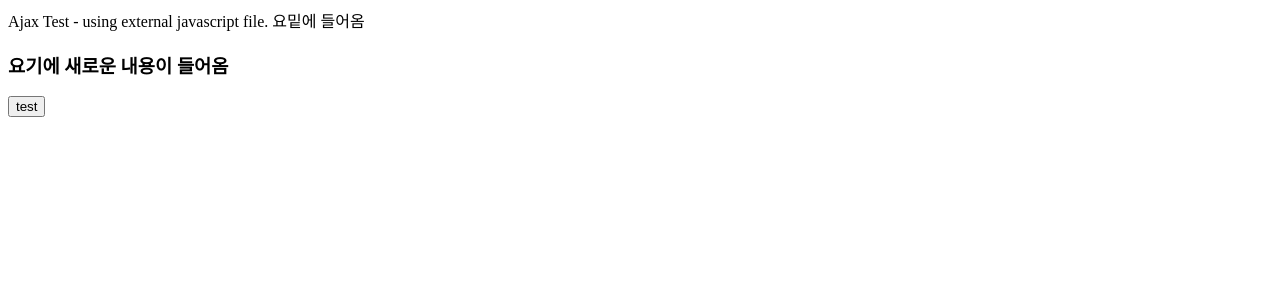
Repository: silenttemplar/java_start_project
Page: http://localhost/Ajax_exam2/test.jsp
These files come from the project's save history. The page is drawn as it stood at one moment and after the next save; the edit follows.
The browser window is 1280 px wide. The pictures show the whole page.
The page is served by Tomcat 9.

Above is the page before, as saved 2014-08-22 08:10:56.

After the next save:
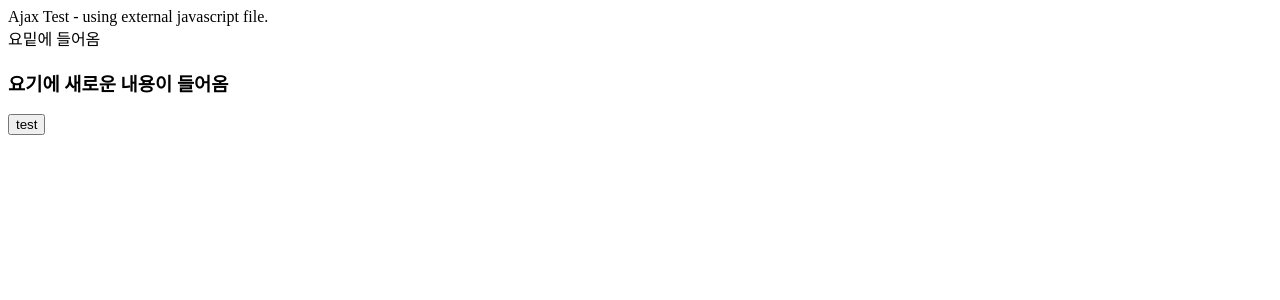
Saved 32 s later.
--- a/hansung_ee_2014/Ajax_exam2/WebContent/test.jsp
+++ b/hansung_ee_2014/Ajax_exam2/WebContent/test.jsp
@@ -8,8 +8,8 @@
 <script src="scripts/test.js" type="text/javascript"></script>
 </head>
 <body>
-Ajax Test - using external javascript file.
- 요밑에 들어옴
+Ajax Test - using external javascript file.<br>
+요밑에 들어옴
 
  <div id="content">
      <h3>요기에 새로운 내용이 들어옴</h3>
